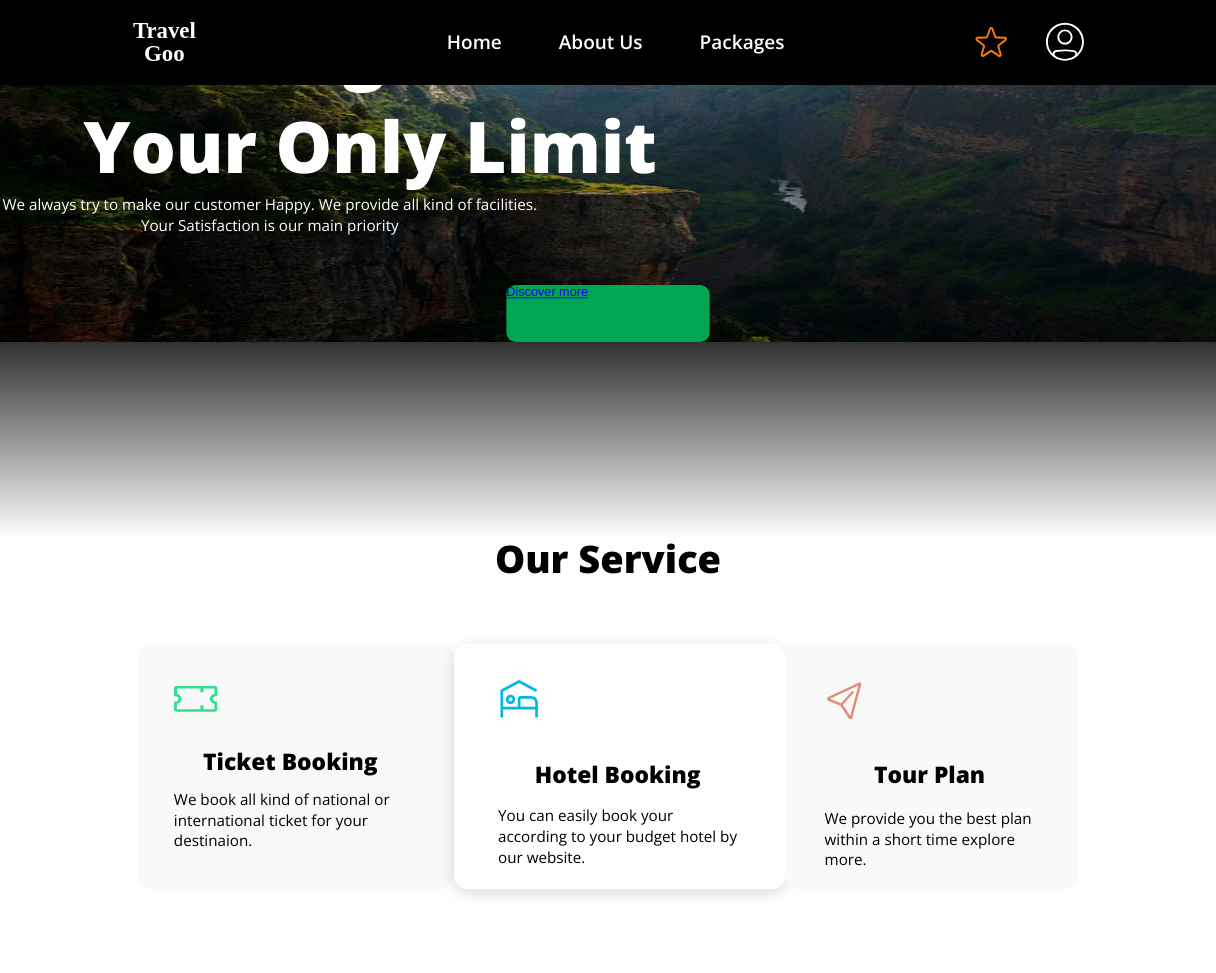
Repository: simralgasimov/back-project
Page: index.html
An editor plug-in stored every save of this project. The page is shown before and after a run of saves, followed by the edit.
The browser window is 1280 px wide. The pictures show the whole page, at 95% of full size.
Some web fonts or font styles are not loaded; a fallback is used.

Above is the page before, as saved 2023-09-27 13:38:33.

### index.html
<!DOCTYPE html>
<html lang="en">
  <head>
    <meta charset="UTF-8" />
    <meta name="viewport" content="width=device-width, initial-scale=1.0" />
    <title>Document</title>
    <link rel="stylesheet" href="./index.css" />
  </head>
  <body>
    <div class="container">
      <div class="container-1">
        <div class="navbar">
          <div class="logo">
            Travel
            <div>Goo</div>
          </div>
          <div class="menu">
            <ul>
              <li>Home</li>
              <li>About Us</li>
              <li>Packages</li>
            </ul>
          </div>
          <div class="icon">
            <img src="./clarity_favorite-line.svg" alt="" />
            <img src="./healthicons_ui-user-profile-outline.svg" alt="" />
          </div>
        </div>
        <main>
          <!-- <div class="box">
      <h1>Your Imagination Is Your Only Limit</h1>
    </div>

    <div class="text-box">
      <p>
        We always try to make our customer Happy. We provide all kind of
        facilities. Your Satisfaction is our main priority
      </p>
    </div>

    <div class="button"><a href="#">Discover more</a></div> -->

          <h1>Your Imagination Is Your Only Limit</h1>
          <p>
            We always try to make our customer Happy. We provide all kind of
            facilities. Your Satisfaction is our main priority
          </p>
          <button>
            <a href="#">Discover more</a>
          </button>
        </main>
      </div>
      <div class="container-2">
        <h2>Our Service</h2>
        <div class="services">
          <div class="ticket">
            <img src="./Vector.svg" alt="" />
            <h1>Ticket Booking</h1>
            <p>
              We book all kind of national or international ticket for your
              destinaion.
            </p>
          </div>
          <div class="hotel">
            <img src="./carbon_hotel.svg" alt="" />
            <h1>Hotel Booking</h1>
            <p>
              You can easily book your according to your budget hotel by our
              website.
            </p>
          </div>
          <div class="tour">
            <img src="./cil_paper-plane.svg" alt="" />
            <h1>Tour Plan</h1>
            <p>
              We provide you the best plan within a short time explore more.
            </p>
          </div>
        </div>
      </div>
    </div>
  </body>
</html>

### index.css
@import url("https://fonts.googleapis.com/css2?family=Laila:wght@400;600;700&family=Open+Sans:wght@400;600;800&display=swap");
* {
  padding: 0;
  margin: 0;
  box-sizing: border-box;
}

.container {
  /* position: relative;
  z-index: 0; */
  /* padding: 32px 145px 63px 100px; */
  min-height: 100vh;
  width: 100%;

}

.container .navbar {
  width: 100%;
  padding: 20px 135px;
  display: flex;
  justify-content: space-between;
  align-items: center;
  /* margin: auto; */
  position: fixed;
  top: 0;
  background-color: black;
}
.container-1{
  background-image: url("./canyon-1740973_640.jpg");
  background-repeat: no-repeat;
  background-size: 100% 100%;
}
.container .navbar .logo {
  width: 76px;
  color: #fff;
  text-align: center;
  font-family: Laila;
  font-size: 24px;
  font-style: normal;
  font-weight: 700;
  line-height: 102.5%; /* 24.6px */
}

.container .navbar .menu ul {
  list-style-type: none;
  display: flex;
}

.container .navbar .menu ul li {
  color: #fff;
  font-family: Open Sans;
  font-size: 20px;
  font-style: normal;
  font-weight: 600;
  line-height: normal;
  justify-content: space-between;
  margin-left: 60px;
}

.container .navbar .icon {
  display: flex;
  justify-content: space-between;
  align-items: center;
}

.container .navbar .icon img:first-child {
  margin-right: 36px;
  width: 36px;
  height: 36px;
}
.container .navbar .icon img:last-child {
  width: 48px;
  height: 48px;
}

.container .box {
  display: flex;
  justify-content: center;
  text-align: center;
}
.container .container-1 h1 {
  width: 779px;
  color: #fff;
  text-align: center;
  font-family: Open Sans;
  font-size: 75px;
  font-style: normal;
  font-weight: 800;
  line-height: normal;
  /* margin-top: 250px; */
}

.container .text-box {
  margin-top: 57px;
  display: flex;
  justify-content: center;
  text-align: center;
}
.container .container-1  p {
  width: 568px;
  color: #fff;
  text-align: center;
  font-family: Open Sans;
  font-size: 16px;
  font-style: normal;
  font-weight: 400;
  line-height: normal;
}

.container .container-1  button {
  border: none;
  width: 214px;
  height: 60px;
  border-radius: 10px;
  background: #00a651;
  display: flex;
  margin: auto;
  margin-top: 52px;
}

.container .button a {
  /* display: flex;
    justify-content: center;
    text-align: center;
    align-items: center; */
  margin: auto;
  text-decoration: none;
  color: #fff;
  text-align: center;
  font-family: Open Sans;
  font-size: 24px;
  font-style: normal;
  font-weight: 600;
  line-height: normal;
}

.container-2 {
  padding: 200px 145px 88px 145px;
  background: linear-gradient(
    180deg,
    rgba(0, 0, 0, 0.81) 0%,
    rgba(72, 72, 72, 0) 31.25%,
    rgba(158, 158, 158, 0) 77.6%,
    #fff 85.42%
  );
}

.container-2 h2 {
  margin-bottom: 63px;
  /* display: flex;
        text-align: center;
        justify-content: center; */
  color: #000;
  text-align: center;
  font-family: Open Sans;
  font-size: 40px;
  font-style: normal;
  font-weight: 700;
  line-height: normal;
}

.container-2 .services {
  display: flex;
  /* margin: auto; */
  justify-content: space-between;
}

.container-2 .services .ticket {
  padding: 44px 50px 20px 38px;
  /* width: 416px;
height: 232px; */
  border-radius: 15px;
  background: #f9f9f9;
}

.container-2 .services .ticket h1 {
  margin-top: 30px;
  margin-bottom: 13px;
  color: #000;
  text-align: center;
  font-family: Open Sans;
  font-size: 24px;
  font-style: normal;
  font-weight: 700;
  line-height: normal;
}

.container-2 .services .ticket p {
  color: #000;
  font-family: Open Sans;
  font-size: 16px;
  font-style: normal;
  font-weight: 400;
  line-height: normal;
}

.container-2 .services .hotel {
  padding: 35px 51px 20px 46px;
  border-radius: 15px;
  background: #fff;
  box-shadow: 0px 4px 16px 0px rgba(0, 0, 0, 0.15);
}

.container-2 .services .hotel h1 {
  margin-top: 36px;
  margin-bottom: 16px;
  color: #000;
  text-align: center;
  font-family: Open Sans;
  font-size: 24px;
  font-style: normal;
  font-weight: 700;
  line-height: normal;
}

.container-2 .services .hotel p {
  color: #000;
  font-family: Open Sans;
  font-size: 16px;
  font-style: normal;
  font-weight: 400;
  line-height: normal;
}

.container-2 .services .tour {
  padding: 39px 46px 20px 41px;
  border-radius: 15px;
  background: #f9f9f9;
}

.container-2 .services .tour h1 {
  margin-top: 36px;
  margin-bottom: 19px;
  color: #000;
  text-align: center;
  font-family: Open Sans;
  font-size: 24px;
  font-style: normal;
  font-weight: 700;
  line-height: normal;
}
.container-2 .services .tour p {
  color: #000;
  font-family: Open Sans;
  font-size: 16px;
  font-style: normal;
  font-weight: 400;
  line-height: normal;
}

After the next 2 saves:
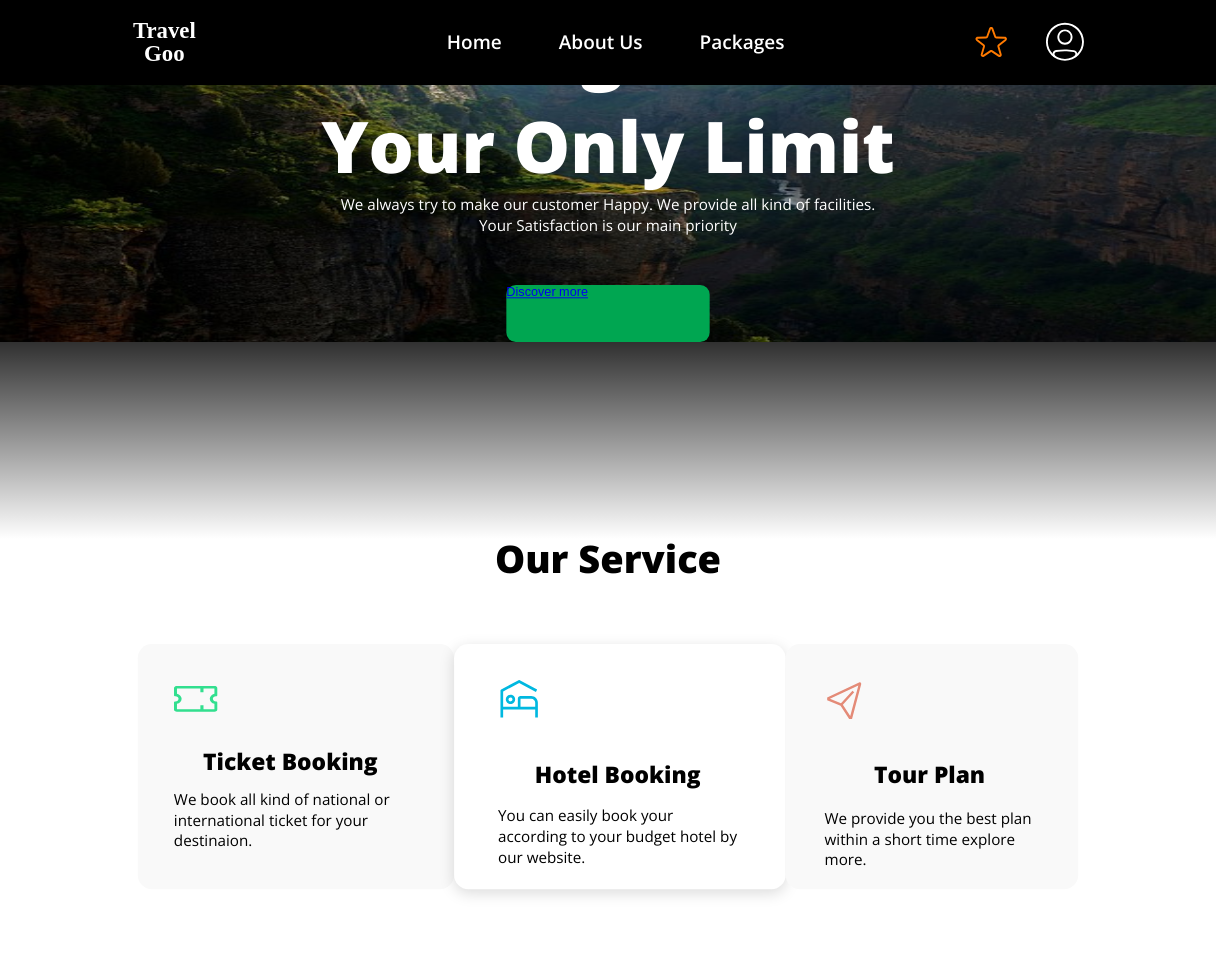
The 2 saves are shown as one change because they came seconds apart.
The last was saved 17 s later.
--- a/index.css
+++ b/index.css
@@ -247,3 +247,9 @@ height: 232px; */
   font-weight: 400;
   line-height: normal;
 }
+
+.container .container-1 main{
+  display: flex;
+  flex-direction: column;
+  align-items: center;
+}
